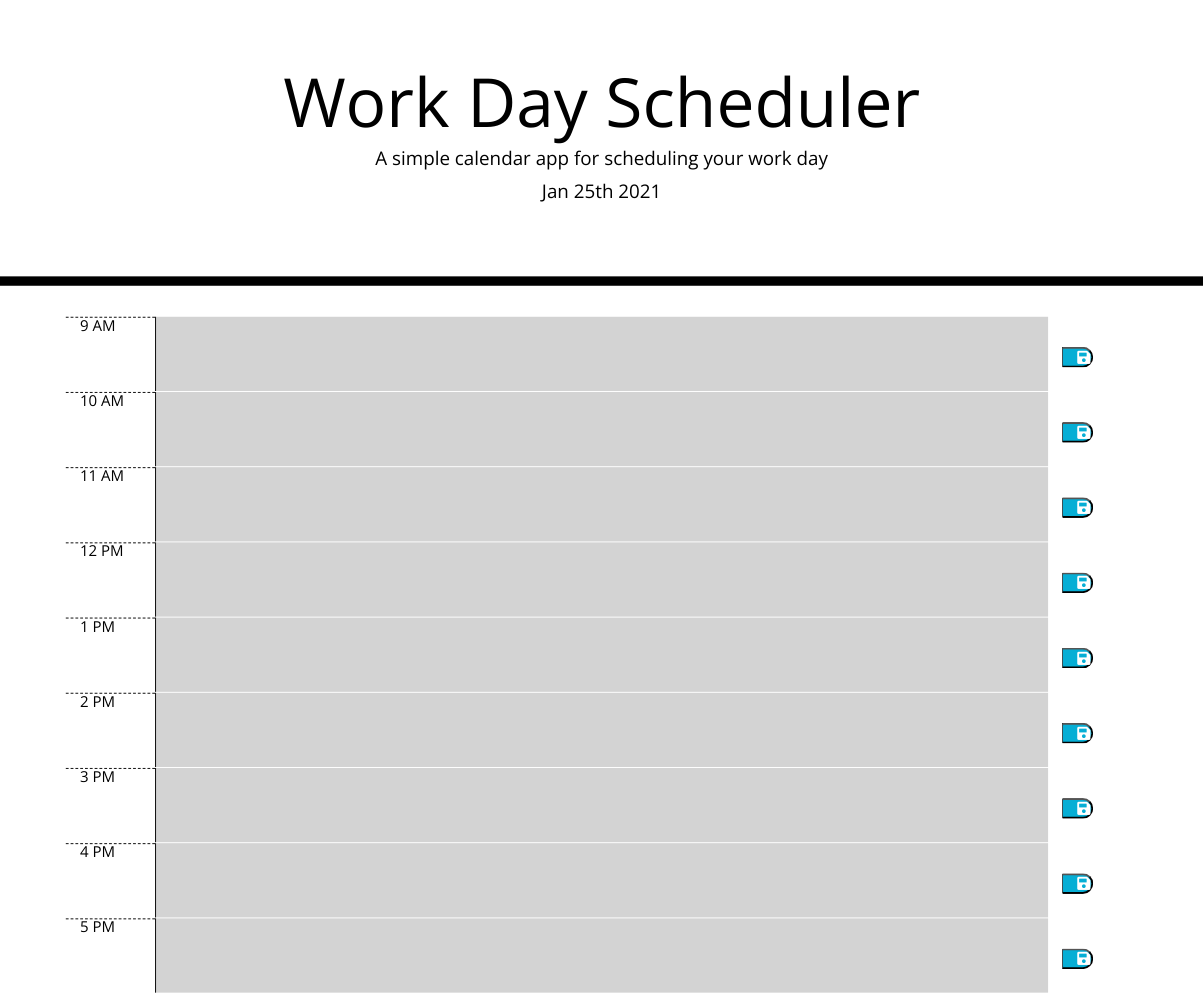
Repository: UPye/workDayScheduler
Page: index.html
These files come from the project's save history. The page is drawn as it stood at one moment and after a run of saves; the edit follows.
The browser window is 1280 px wide. The pictures show the whole page, at 94% of full size.
Some web libraries are served in a nearby version.

Above is the page before, as saved 2021-01-25 21:28:28.
Console error: TypeError: Cannot read properties of null (reading 'length')

### index.html
<!DOCTYPE html>
<html lang="en">
  <head>
    <meta charset="UTF-8" />
    <meta name="viewport" content="width=device-width, initial-scale=1.0" />
    <meta http-equiv="X-UA-Compatible" content="ie=edge" />
    <link
      rel="stylesheet"
      href="https://stackpath.bootstrapcdn.com/bootstrap/4.3.1/css/bootstrap.min.css"
    />
    <link
      rel="stylesheet"
      href="https://use.fontawesome.com/releases/v5.8.1/css/all.css"
      integrity="sha384-50oBUHEmvpQ+1lW4y57PTFmhCaXp0ML5d60M1M7uH2+nqUivzIebhndOJK28anvf"
      crossorigin="anonymous"
    />
    <link
      href="https://fonts.googleapis.com/css?family=Open+Sans&display=swap"
      rel="stylesheet"
    />
    <link rel="stylesheet" href="./assets/CSS/style.css" />
    <title>Work Day Scheduler</title>
  </head>

  <body>
    <header class="jumbotron">
      <h1 class="display-3">Work Day Scheduler</h1>
      <p class="lead">A simple calendar app for scheduling your work day</p>
      <p id="currentDay" class="lead"></p>
    </header>

      <!-- Timeblocks go here -->
    <main class="container">
      <section class="row timeblocks" id="ls">
        <div class="col-1 hour">9 AM</div>
        <textarea id="9am hour-9" class="task col-10" name="server" autocomplete="off"></textarea>
        <div class="col-1 save">
          <button type="button" id="save-9" data-id="9" class="saveBtn col-1"><i class="fas fa-save"></i></button>
        </div>
      </section>
      <section class="row timeblocks">
        <div class="col-1 hour">10 AM</div>
        <textarea id="10am hour-10" class="col-10 task" placeholder="" autocomplete="off"></textarea>
        <div class="col-1 save">
          <button type="button" id="save-10" data-id="10" class="saveBtn col-1"><i class="fas fa-save"></i></button>
        </div>
      </section>
      <section class="row timeblocks">
        <div class="col-1 hour">11 AM</div>
        <textarea id="11am hour-11" class="col-10 task" placeholder="" autocomplete="off"></textarea>
        <div class="col-1 save">
          <button type="button" id="save-11" data-id="11" class="saveBtn col-1"><i class="fas fa-save"></i></button>
        </div>
      </section>
      <section class="row timeblocks">
        <div class="col-1 hour">12 PM</div>
        <textarea id="12pm hour-12" class="col-10 task" placeholder="" autocomplete="off"></textarea>
        <div class="col-1 save">
          <button type="button" id="save-12" data-id="12" class="saveBtn col-1"><i class="fas fa-save"></i></button>
        </div>
      </section>
      <section class="row timeblocks">
        <div class="col-1 hour">1 PM</div>
        <textarea id="1pm hour-1" class="task col-10" placeholder="" autocomplete="off"></textarea>
        <div class="col-1 save">
          <button type="button" id="save-1" data-id="1" class="saveBtn col-1"><i class="fas fa-save"></i></button>
        </div>
      </section>
      <section class="row timeblocks">
        <div class="col-1 hour">2 PM</div>
        <textarea id="2pm hour-2" class="task col-10" placeholder="" autocomplete="off"></textarea>
        <div class="col-1 save">
          <button type="button" id="save-2" data-id="2" class="saveBtn col-1"><i class="fas fa-save"></i></button>
        </div>
      </section>
      <section class="row timeblocks">
        <div class="col-1 hour">3 PM</div>
        <textarea id="3pm hour-3" class="task col-10" placeholder="" autocomplete="off"></textarea>
        <div class="col-1 save">
          <button type="button" id="save-3" data-id="3" class="saveBtn col-1"><i class="fas fa-save"></i></button>
        </div>
      </section>
      <section class="row timeblocks">
        <div class="col-1 hour">4 PM</div>
        <textarea id="4pm hour-4" class="task col-10" placeholder="" autocomplete="off"></textarea>
        <div class="col-1 save">
          <button type="button" id="save-4" data-id="4" class="saveBtn col-1"><i class="fas fa-save"></i></button>
        </div>
      </section>
      <section class="row timeblocks">
        <div class="col-1 hour">5 PM</div>
        <textarea id="5pm hour-5" class="task col-10" placeholder="" autocomplete="off"></textarea>
        <div class="col-1 save">
          <button type="button" id="save-5" data-id="5" class="saveBtn col-1"><i class="fas fa-save"></i></button>
        </div>
      </section>
    </div>

    <script src="https://code.jquery.com/jquery-3.4.1.min.js"></script>
    <script src="https://cdnjs.cloudflare.com/ajax/libs/moment.js/2.24.0/moment.min.js"></script>
    <script src="./assets/JS/script.js"></script>
  </body>
</html>

### assets/CSS/style.css
body {
  font-family: 'Open Sans', sans-serif;
  font-size: 16px;
  line-height: 1;
}

textarea {
  background: transparent;
  border: none;
  resize: none;
  color: #000000;
  border-left: 1px solid black;
  padding: 10px;
}

.jumbotron {
  text-align: center;
  background-color: transparent;
  color: black;
  border-radius: 0;
  border-bottom: 10px solid black;
}

.description {
  white-space: pre-wrap;
}

.time-block {
  text-align: center;
  border-radius: 15px;
}

.row {
  white-space: pre-wrap;
  height: 80px;
  border-top: 1px solid white;;
}

.hour {
  background-color: #ffffff;
  color: #000000;
  border-top: 1px dashed #000000;
}

.past {
  background-color: #d3d3d3;
  color: black;
}

.present {
  background-color: #ff6961;
  color: black;
}

.future {
  background-color: #77dd77;
  color: black;
}

.saveBtn {
  border-left: 1px solid black;
  border-top-right-radius: 15px;
  border-bottom-right-radius: 15px;
  background-size: 1px 100px;
  background-color: #06AED5;
  color: white;
}

.saveBtn i:hover {
  font-size: 20px;
  transition: all .3s ease-in-out;
}

### assets/JS/script.js
// Displays the date at the top
var date = moment().format("MMM Do YYYY");
$("#currentDay").text(date);

// Continually check for the time, in case task due dates are approaching
var currentTime = parseInt(moment().format("H"));
var aryTasks = [];


// Listens for click events on clickable items
$("button").on("click", function(event) {

    var calendarEntryId = $(this).attr("data-id");
    var calendarTextElement = "#hour-" + calendarEntryId;
    var calendarText = $(calendarTextElement).val();

    var createObject = {
        hour: parseInt(calendarEntryId),
        task: calendarText
    };

    aryTasks.push(createObject);

    // Upload input to localStorage
    localStorage.setItem("taskData", JSON.stringify(aryTasks));
});

var updateInfo = function () {
    date = moment();
    datetime.html(date.format("dddd, MMMM Do YYYY, h:mm:ss a"));
};


// Check if task is in the past, present, or future
$("textarea").each(function() {
    var calendarTime= parseInt(this.id);

        $(this).removeClass("past");
        $(this).removeClass("present");
        $(this).removeClass("future");

        // Get data from the localStorage
        if (localStorage.getItem(calendarTime) != null) {
            $(this).val(localStorage.getItem(calendarTime));
        }
        if (calendarTime < currentTime) {
            $(this).addClass("past");
        }
        else if (calendarTime === currentTime) {
            $(this).addClass("present");
        }
        else if (calendarTime > currentTime) {
            $(this).addClass("future");
        };
});

aryTasks = JSON.parse(localStorage.getItem("taskData")) ;

var renderData = function() {
    for(i=0; i < aryTasks.length; i++) {
        let input = $("#hour-" + aryTasks[i].hour);
        input.val(aryTasks[i].task);
    }
};

renderData();

After the next 2 saves:
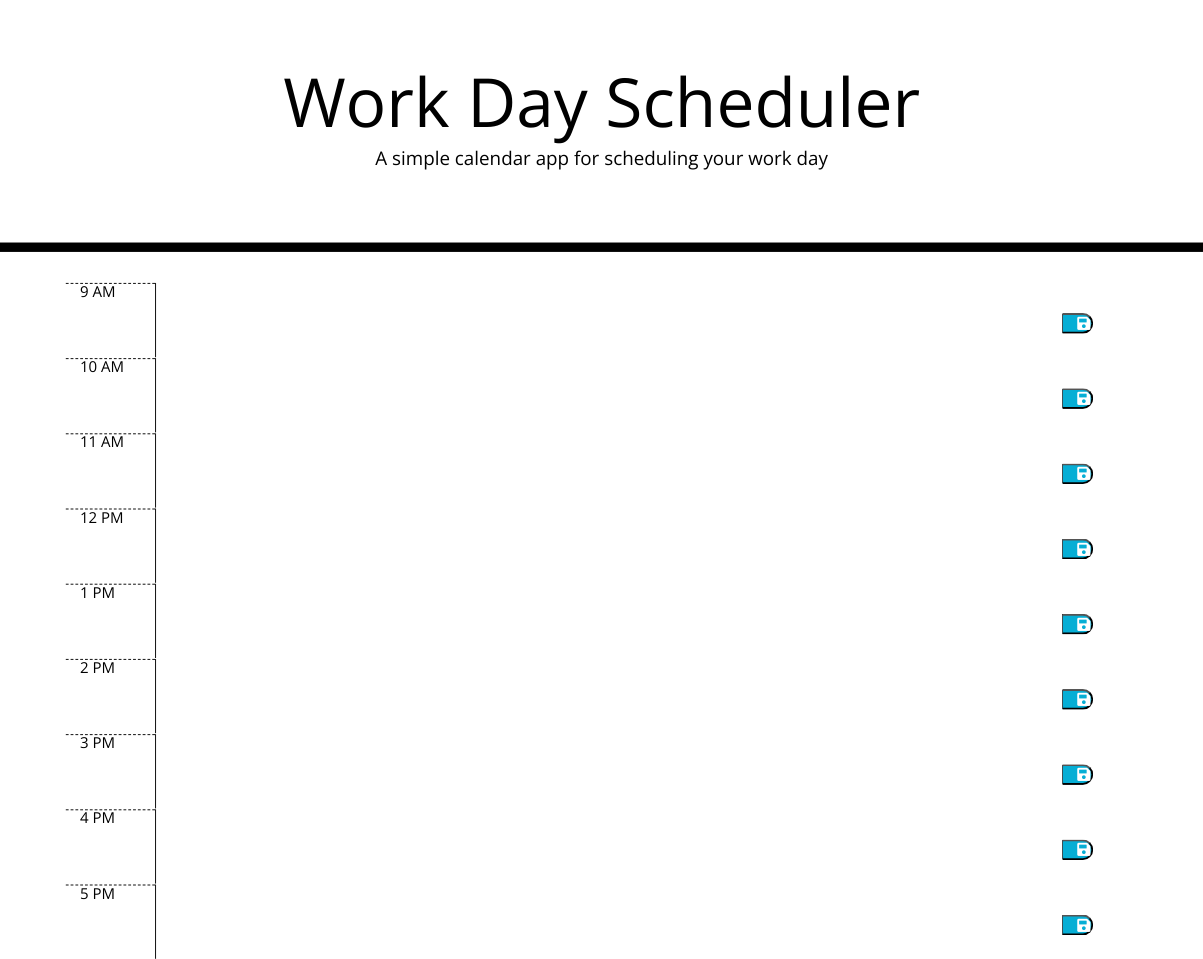
Console error: SyntaxError: Unexpected token ';'
The 2 saves are shown as one change because they came seconds apart.
The last was saved 7 s later.
--- a/assets/JS/script.js
+++ b/assets/JS/script.js
@@ -54,7 +54,7 @@
         };
 });
 
-aryTasks = JSON.parse(localStorage.getItem("taskData")) ;
+aryTasks = JSON.parse(localStorage.getItem("taskData")) || ;
 
 var renderData = function() {
     for(i=0; i < aryTasks.length; i++) {

After the save that followed:
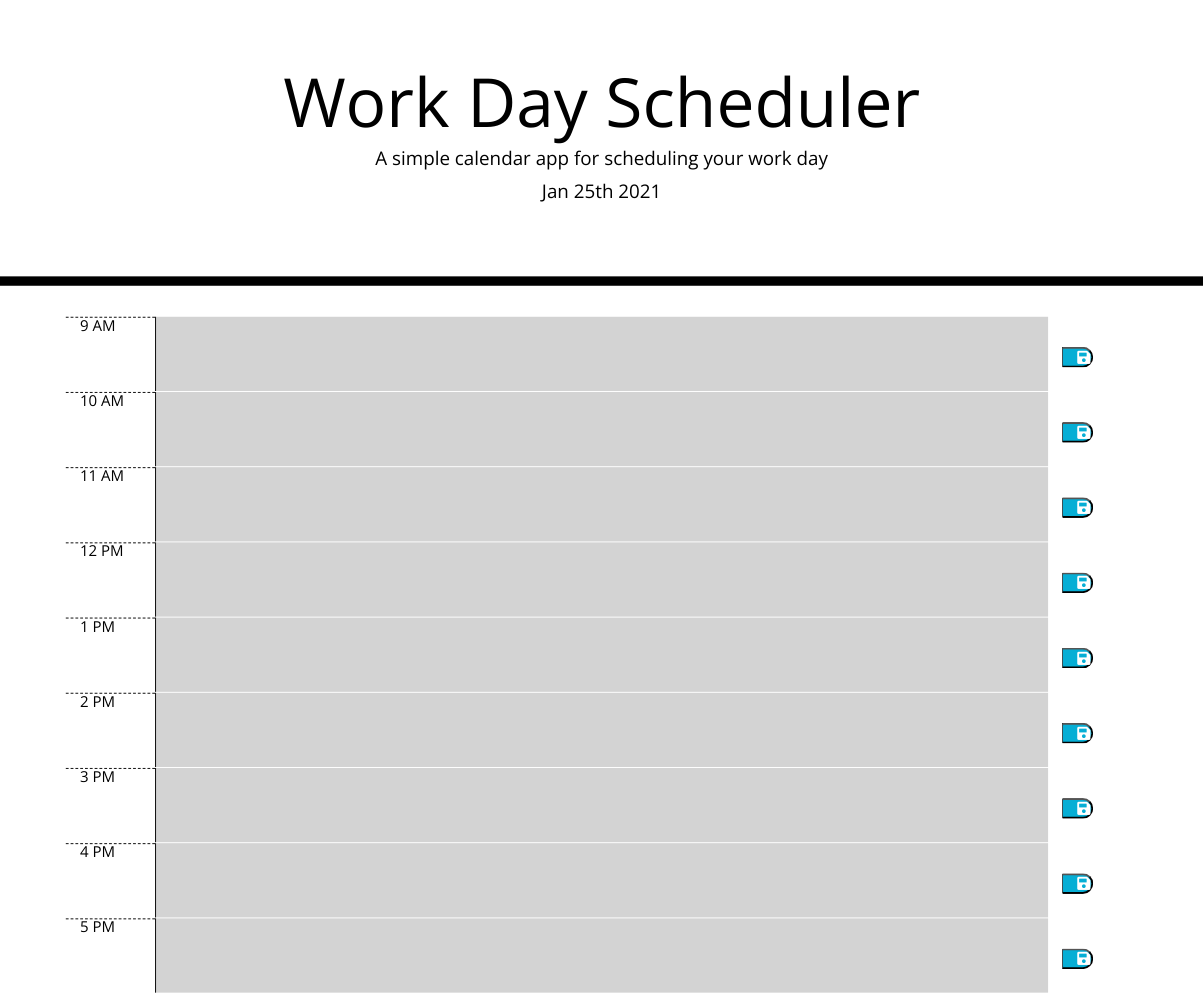
The error is gone.
Saved 6 s later.
--- a/assets/JS/script.js
+++ b/assets/JS/script.js
@@ -54,7 +54,7 @@
         };
 });
 
-aryTasks = JSON.parse(localStorage.getItem("taskData")) || ;
+aryTasks = JSON.parse(localStorage.getItem("taskData")) || [];
 
 var renderData = function() {
     for(i=0; i < aryTasks.length; i++) {
